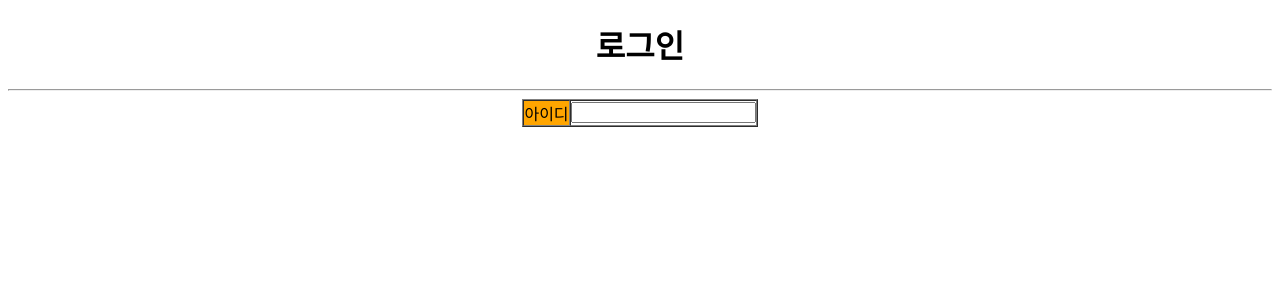
Repository: helena0207/SpringPro
Page: http://localhost/BoardWeb/login.jsp
These files come from the project's save history. The page is drawn as it stood at one moment and after the next save; the edit follows.
The browser window is 1280 px wide. The pictures show the whole page.
The page is served by Tomcat 9. Other server files are loaded and not shown.

Above is the page before, as saved 2020-12-01 15:04:33.

### BoardWeb/src/main/webapp/login.jsp
<%@ page language="java" contentType="text/html; charset=EUC-KR"
    pageEncoding="EUC-KR"%>
<!DOCTYPE html>
<html>
<head>
<meta charset="EUC-KR">
<title>로그인</title>
</head>
<body>
<center>
	<h1>로그인</h1>
	<hr>
	<form action="login_proc.jsp" method="post">
	<table border="1" cellpadding="0" cellspacing="0">
	<tr>
		<td bgcolor="orange">아이디</td>
		<td><input type="text" name="id" /></td>
	</tr>
	<tr>

	</tr>
	</table>
	</form>
</center>
</body>
</html>

After the next save:
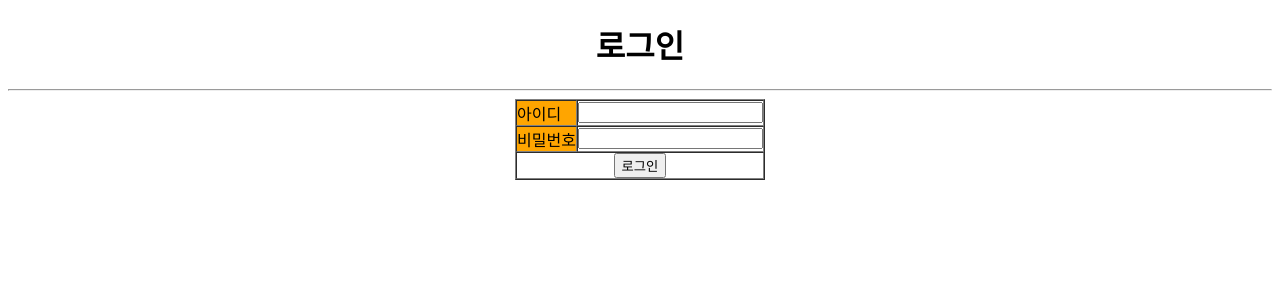
Saved 113 s later.
--- a/BoardWeb/src/main/webapp/login.jsp
+++ b/BoardWeb/src/main/webapp/login.jsp
@@ -17,7 +17,13 @@
 		<td><input type="text" name="id" /></td>
 	</tr>
 	<tr>
-
+		<td bgcolor="orange">비밀번호</td>
+		<td><input type="password" name="password"/></td>
+	</tr>
+	<tr>
+		<td colspan="2" align="center">
+		<input type="submit" value="로그인"/>
+		</td>
 	</tr>
 	</table>
 	</form>
